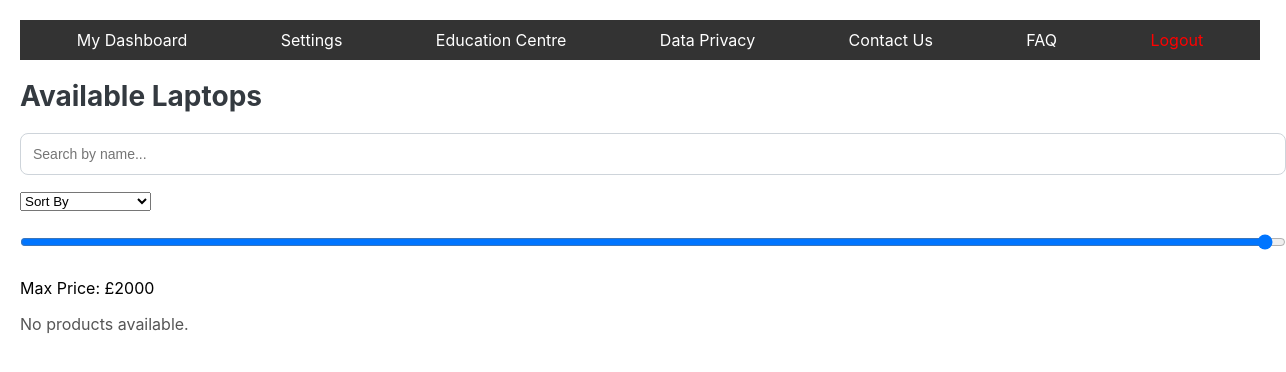
Repository: aab232/https---github.com-aab232-Deferred-Payment-Platform
Page: /main (app in frontend/)
An editor plug-in stored every save of this project. The page is shown before and after the next save, followed by the edit.
The browser window is 1280 px wide. The page is 1286 px wide, so the pictures cover 1286 px, including what lies to the right of the window. The pictures show the whole page.
The page's requests for data from a server got no answer. The project was rebuilt for these pictures with package versions that can differ from the ones it lists, and the page was loaded fresh each time. No one was signed in, and anything a server would have sent is missing. Also part of the build but not shown: frontend/src/components/Home.js, frontend/src/components/Register.js, frontend/src/components/Login.js, frontend/src/components/BackButton.css, frontend/src/components/BackButton.js, frontend/src/components/Settings.js.

Above is the page before, as saved 2025-04-01 00:53:50.

### frontend/src/App.js
import React from 'react';
import { BrowserRouter as Router, Routes, Route } from 'react-router-dom';
import Home from './components/Home';
import Register from './components/Register';
import Login from './components/Login';
import Main from './components/Main';
import Settings from './components/Settings';

const App = () => {
  return (
    <Router>
      <Routes>
        <Route path="/" element={<Home />} />
        <Route path="/login" element={<Login />} />
        <Route path="/register" element={<Register />} />
        <Route path="/main" element={<Main />} />
        <Route path="/settings" element={<Settings />} />
      </Routes>
    </Router>
  );
};

export default App;

### frontend/src/components/Main.js
import React, { useState, useEffect } from 'react';
import { useNavigate } from 'react-router-dom';
import axios from 'axios';
import './Main.css';

const Main = () => {
  const [products, setProducts] = useState([]);
  const [filteredProducts, setFilteredProducts] = useState([]);
  const [searchTerm, setSearchTerm] = useState('');
  const [sortOption, setSortOption] = useState('');
  const [priceRange, setPriceRange] = useState([0, 2000]);
  const [selectedProduct, setSelectedProduct] = useState(null);
  const navigate = useNavigate();

  useEffect(() => {
    const fetchProducts = async () => {
      try {
        const response = await axios.get('http://localhost:5000/api/products');
        if (Array.isArray(response.data.products)) {
          setProducts(response.data.products);
          setFilteredProducts(response.data.products);
        }
      } catch (error) {
        console.error('Error fetching products:', error);
      }
    };
    fetchProducts();
  }, []);

  useEffect(() => {
    let updatedProducts = products.filter(product =>
      product.name.toLowerCase().includes(searchTerm.toLowerCase()) &&
      parseFloat(product.price.replace(/[^0-9.]/g, '')) >= priceRange[0] &&
      parseFloat(product.price.replace(/[^0-9.]/g, '')) <= priceRange[1]
    );

    if (sortOption === 'price-asc') {
      updatedProducts.sort((a, b) => parseFloat(a.price.replace(/[^0-9.]/g, '')) - parseFloat(b.price.replace(/[^0-9.]/g, '')));
    } else if (sortOption === 'price-desc') {
      updatedProducts.sort((a, b) => parseFloat(b.price.replace(/[^0-9.]/g, '')) - parseFloat(a.price.replace(/[^0-9.]/g, '')));
    } else if (sortOption === 'name') {
      updatedProducts.sort((a, b) => a.name.localeCompare(b.name));
    }

    setFilteredProducts(updatedProducts);
  }, [searchTerm, sortOption, priceRange, products]);

  return (
    <div className="main-container">
      <nav className="taskbar">
        <span className="tab" onClick={() => navigate('/dashboard')}>My Dashboard</span>
        <span className="tab" onClick={() => navigate('/settings')}>Settings</span>
        <span className="tab" onClick={() => navigate('/education')}>Education Centre</span>
        <span className="tab" onClick={() => navigate('/privacy')}>Data Privacy</span>
        <span className="tab" onClick={() => navigate('/contact')}>Contact Us</span>
        <span className="tab" onClick={() => navigate('/faq')}>FAQ</span>
        <span className="tab logout" onClick={() => navigate('/login')}>Logout</span>
      </nav>

      <h1>Available Laptops</h1>

      <div className="filters">
        <input type="text" placeholder="Search by name..." value={searchTerm} onChange={(e) => setSearchTerm(e.target.value)} />
        <select onChange={(e) => setSortOption(e.target.value)}>
          <option value="">Sort By</option>
          <option value="price-asc">Price: Low to High</option>
          <option value="price-desc">Price: High to Low</option>
          <option value="name">Name: A-Z</option>
        </select>
        <input type="range" min="0" max="2000" step="50" value={priceRange[1]} onChange={(e) => setPriceRange([0, Number(e.target.value)])} />
        <span>Max Price: £{priceRange[1]}</span>
      </div>

      <div className="products-container">
        {filteredProducts.length > 0 ? (
          filteredProducts.slice(0, 9).map((product, index) => (
            <div key={index} className="product-card" onClick={() => setSelectedProduct(product)}>
              <img src={product.img} alt={product.name} />
              <h3>{product.name}</h3>
              <p>{product.price}</p>
              <button>Add to Cart</button>
            </div>
          ))
        ) : (
          <p>No products available.</p>
        )}
      </div>

      {selectedProduct && (
        <div className="modal">
          <div className="modal-content">
            <span className="close" onClick={() => setSelectedProduct(null)}>&times;</span>
            <img src={selectedProduct.img} alt={selectedProduct.name} />
            <h2>{selectedProduct.name}</h2>
            <p>{selectedProduct.price}</p>
            <p><a href={selectedProduct.link} target="_blank" rel="noopener noreferrer">View on Argos</a></p>
            <button className="buy-now">Buy Now</button>
            <button className="add-to-cart">Add to Cart</button>
          </div>
        </div>
      )}
    </div>
  );
};

export default Main;

### frontend/src/components/Home.css
.container {
    display: flex;
    justify-content: center;
    align-items: center;
    height: 100vh; /* Full viewport height */
    background: linear-gradient(135deg, #252f3b, #252d3b); /* Elegant gradient */
  }

  .card {
    text-align: center;
    background: #fff;
    padding: 40px 60px;
    border-radius: 24px;
    box-shadow: 0 8px 32px rgba(0, 0, 0, 0.2);
    max-width: 350px;
    width: 100%;
  }

  h1 {
    margin-bottom: 16px;
    font-size: 28px;
    color: #252f3b;
  }

  p {
    margin-bottom: 32px;
    font-size: 16px;
    color: #555;
  }

  .button-group {
    display: flex;
    justify-content: space-between;
  }

  .btn {
    padding: 12px 24px;
    font-size: 16px;
    border: none;
    border-radius: 30px; /* Rounded buttons */
    cursor: pointer;
    transition: background 0.3s ease;
    color: white;
    background: #252f3b;
  }

  .btn:hover {
    background: #252f3b; /* Button hover effect */
  }

### frontend/src/components/Form.css
.container {
  display: flex;
  justify-content: center;
  align-items: center;
  height: 100vh;
  background: linear-gradient(200deg, #eff7f6, #F7D6E0);
}

.form-card {
  background: white;
  padding: 40px 60px;
  border-radius: 24px;
  box-shadow: 0 8px 32px rgba(0, 0, 0, 0.2);
  max-width: 400px;
  width: 100%;
  text-align: center;
}

h2 {
  color: #252f3b;
}

input {
  display: block;
  width: 100%;
  margin: 10px 0;
  padding: 12px;
  border: 1px solid #ddd;
  border-radius: 30px;
}

.btn {
  padding: 12px 24px;
  margin-top: 20px;
  border-radius: 30px;
  border: none;
  color: white;
  background: #6b212e;
  cursor: pointer;
}

.btn:hover {
  background: #a41b34;
}

.link {
  color: #6b212e;
  cursor: pointer;
}

### frontend/src/components/Main.css
.main-container {
  padding: 20px;
}

.taskbar {
  display: flex;
  justify-content: space-around;
  background: #333;
  padding: 10px;
  color: white;
}

.tab {
  cursor: pointer;
}

.logout {
  color: red;
}

.controls {
  margin: 20px 0;
}

.products-container {
  display: flex;
  flex-wrap: wrap;
  gap: 20px;
}

.product-card {
  width: 200px;
  border: 1px solid #ddd;
  padding: 10px;
  cursor: pointer;
}

.product-card img {
  width: 100%;
}

.product-modal {
  position: fixed;
  top: 0;
  left: 0;
  width: 100%;
  height: 100%;
  background: rgba(0, 0, 0, 0.5);
  display: flex;
  justify-content: center;
  align-items: center;
}

.modal-content {
  background: white;
  padding: 20px;
  width: 400px;
  text-align: center;
}

.close-button {
  cursor: pointer;
  font-size: 20px;
}

.buttons {
  margin-top: 10px;
}

.buttons button {
  margin: 5px;
}

### frontend/src/components/Settings.css
.settings-container {
  display: flex;
  flex-direction: column;
  align-items: center;
  padding: 40px 20px;
  background: #f8f9fa;
  min-height: 100vh;
}

h1 {
  color: #343a40;
  margin-bottom: 20px;
}

.menu {
  display: flex;
  gap: 20px;
  margin-bottom: 40px;
}

.menu button {
  padding: 10px 20px;
  border: none;
  border-radius: 8px;
  cursor: pointer;
  transition: background 0.3s ease;
  font-weight: bold;
  background: #007bff;
  color: white;
}

.menu .danger {
  background: #dc3545;
}

.menu button:hover {
  opacity: 0.8;
}

/* Dropdown styling */
.dropdown {
  display: flex;
  flex-direction: column;
  gap: 10px;
  margin-top: 20px;
}

.dropdown button {
  padding: 8px 16px;
  border: none;
  border-radius: 8px;
  background: #6c757d;
  color: white;
  cursor: pointer;
  transition: background 0.3s ease;
}

.dropdown button:hover {
  background: #495057;
}

/* Section Styling */
.section {
  width: 100%;
  max-width: 600px;
  background: white;
  padding: 30px;
  border-radius: 16px;
  box-shadow: 0 8px 24px rgba(0, 0, 0, 0.1);
  margin-top: 20px;
}

h2 {
  color: #495057;
  margin-bottom: 20px;
}

input {
  width: 100%;
  padding: 12px;
  margin-bottom: 15px;
  border: 1px solid #ced4da;
  border-radius: 8px;
  font-size: 14px;
}

button {
  padding: 12px 20px;
  border: none;
  border-radius: 8px;
  cursor: pointer;
  background: #28a745;
  color: white;
  font-weight: bold;
}

button:hover {
  opacity: 0.9;
}

.info {
  margin-top: 20px;
  color: #6c757d;
}

Loaded but not shown: frontend/public/index.html (common file); frontend/src/index.js (common file); frontend/src/index.css (common file)

After the next save:
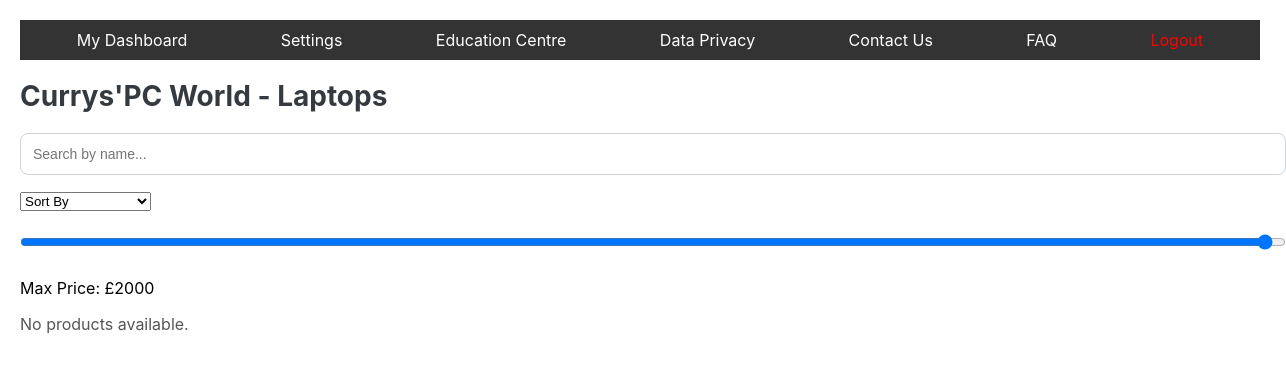
Saved 2 min 14 s later.
--- a/frontend/src/components/Main.js
+++ b/frontend/src/components/Main.js
@@ -57,7 +57,7 @@ const Main = () => {
         <span className="tab logout" onClick={() => navigate('/login')}>Logout</span>
       </nav>
 
-      <h1>Available Laptops</h1>
+      <h1>Currys'PC World - Laptops</h1>
 
       <div className="filters">
         <input type="text" placeholder="Search by name..." value={searchTerm} onChange={(e) => setSearchTerm(e.target.value)} />
